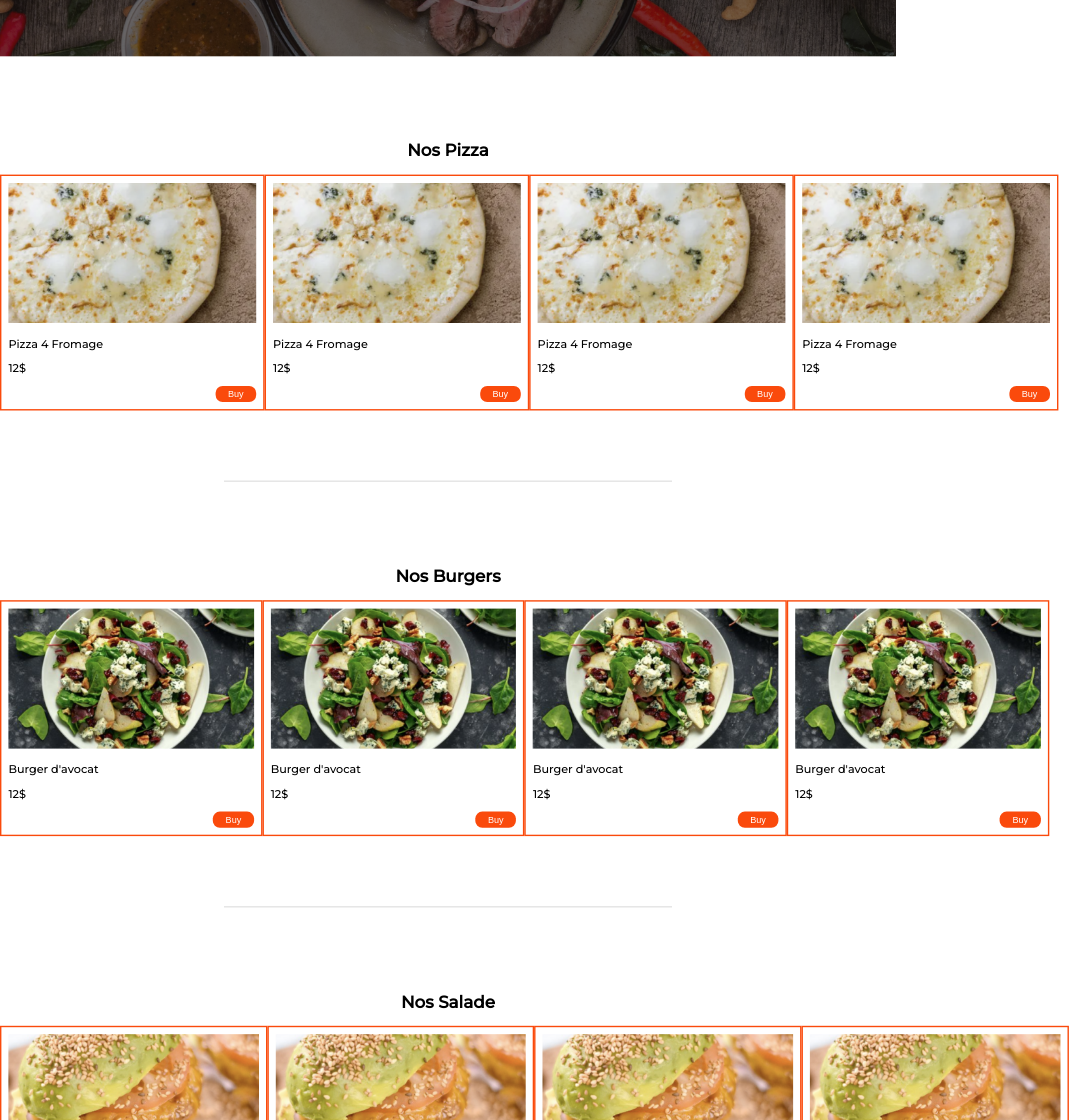
Repository: Ahlam-belhadj/bella-olange
Page: index.html
These files come from the project's save history. The page is drawn as it stood at one moment and after the next save; the edit follows.
The browser window is 1280 px wide. The page is 1527 px wide, then 1511 px, so the pictures cover 1527 px, including what lies to the right of the window. The pictures show the part of the page from y = 618 to 2218 px (the page is 3554 px tall before and 3542 px after), at 70% of full size.

Above is the page before, as saved 2023-02-14 11:44:44.

After the next save:
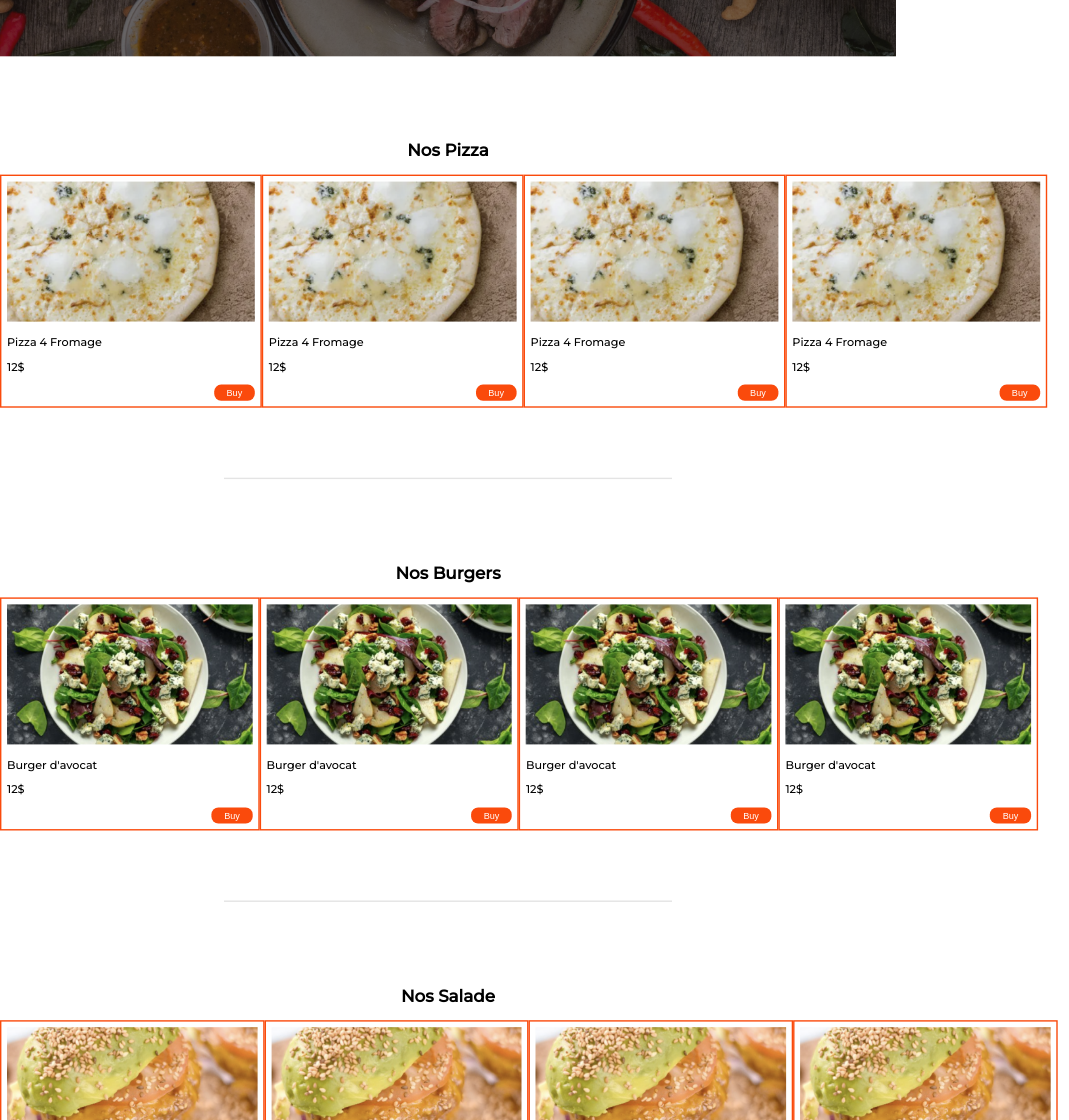
Saved 16 s later.
--- a/style.css
+++ b/style.css
@@ -169,7 +169,7 @@ h2{
 
 .border{
     border: 2px solid #fa4a0c;
-    padding: 10px;
+    padding: 8px;
 
 }
 
